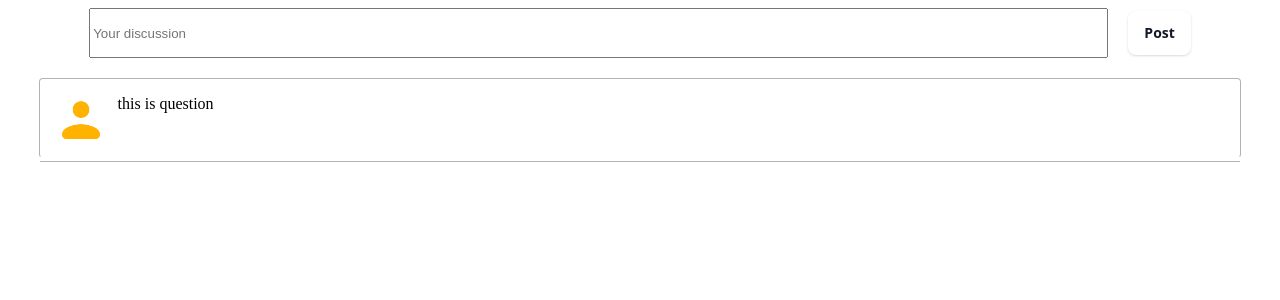
Repository: AOY311/DuckEdu
Page: test2.html
The author's editor kept a copy of each file at every save. The page is drawn from the files as they stood at one save, then again after the next save.
The browser window is 1280 px wide. The pictures show the whole page.

Above is the page before, as saved 2021-10-31 19:16:29.

After the next save:
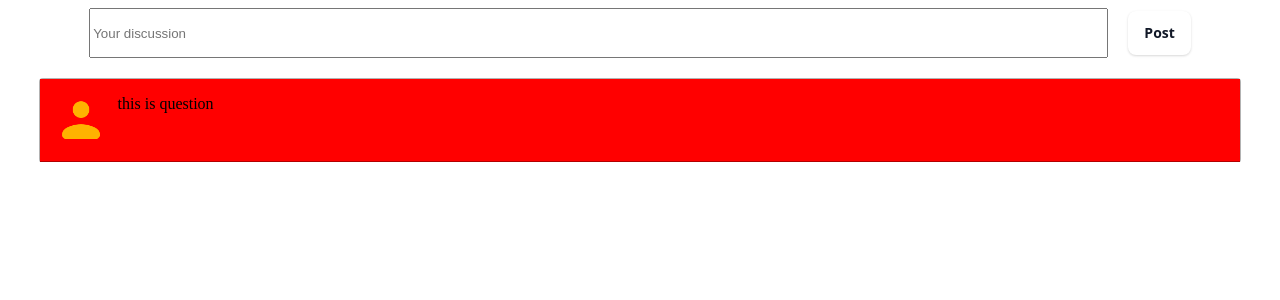
Saved 16 s later.
--- a/test2.html
+++ b/test2.html
@@ -78,7 +78,7 @@
         }
 
         .accordion__item:last-child {
-            margin-bottom: -5px;
+            background: red;
         }
 
         .accordion__header {

After the 2 saves that followed:
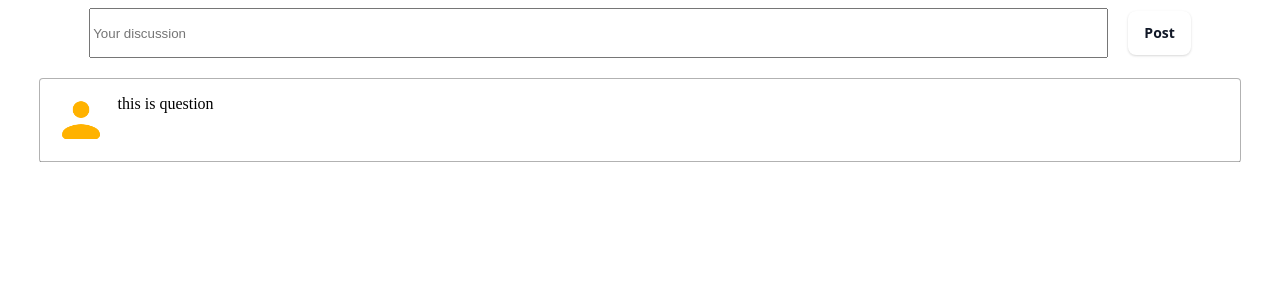
The 2 saves are shown as one change because 1 left the picture as it was.
The last was saved 47 s later.
--- a/test2.html
+++ b/test2.html
@@ -75,10 +75,6 @@
 
         .accordion__item {
             border-bottom: 1px solid rgba(0, 0, 0, 0.3);
-        }
-
-        .accordion__item:last-child {
-            background: red;
         }
 
         .accordion__header {
